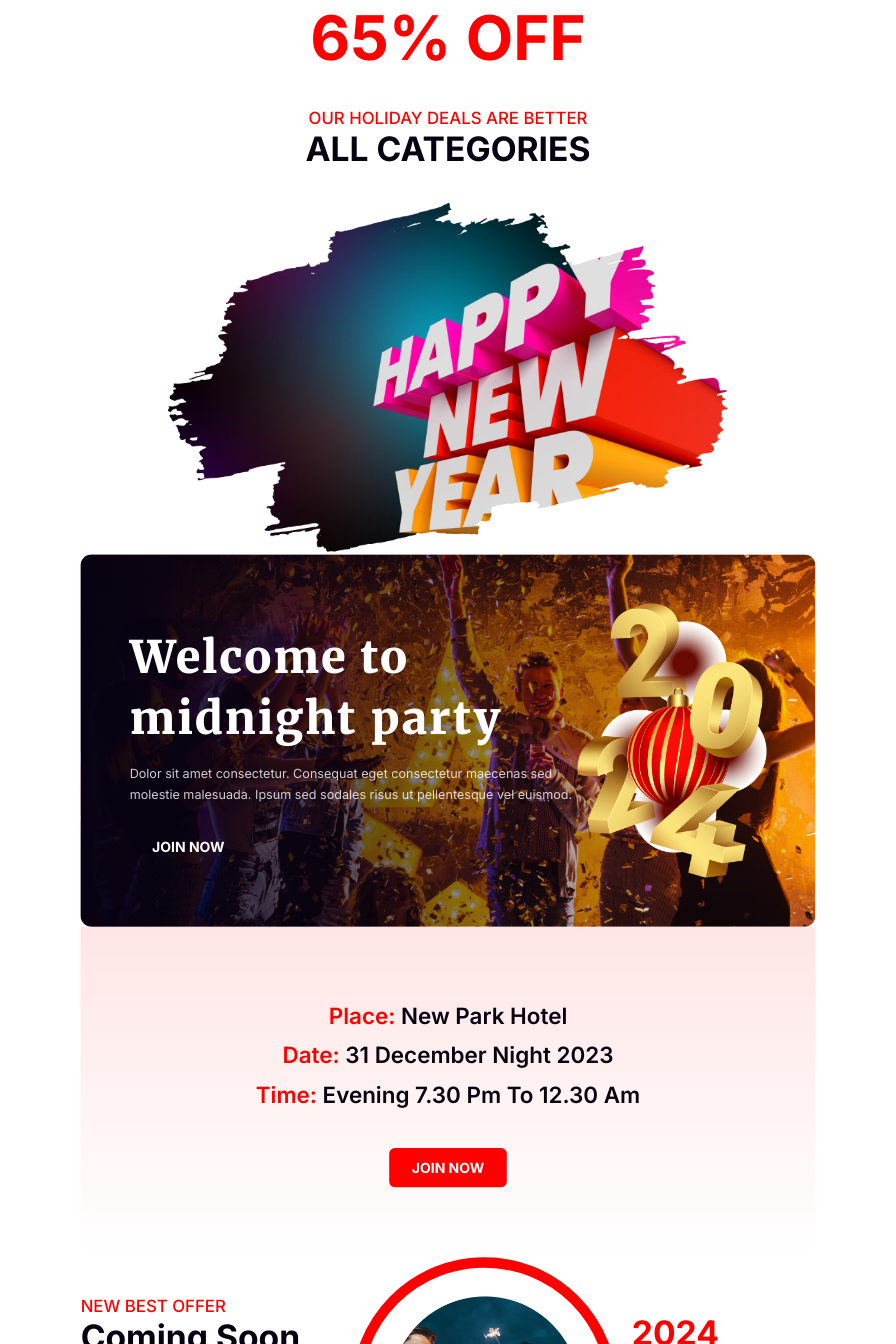
Repository: ShouravAhammed/simple-responsive-new-year
Page: index.html
These files come from the project's save history. The page is drawn as it stood at one moment and after the next save; the edit follows.
The browser window is 1280 px wide. The pictures show the part of the page from y = 0 to 1920 px (the page is 5257 px tall before and 835 px after), at 70% of full size.

Above is the page before, as saved 2024-01-11 15:10:17.

After the next save:
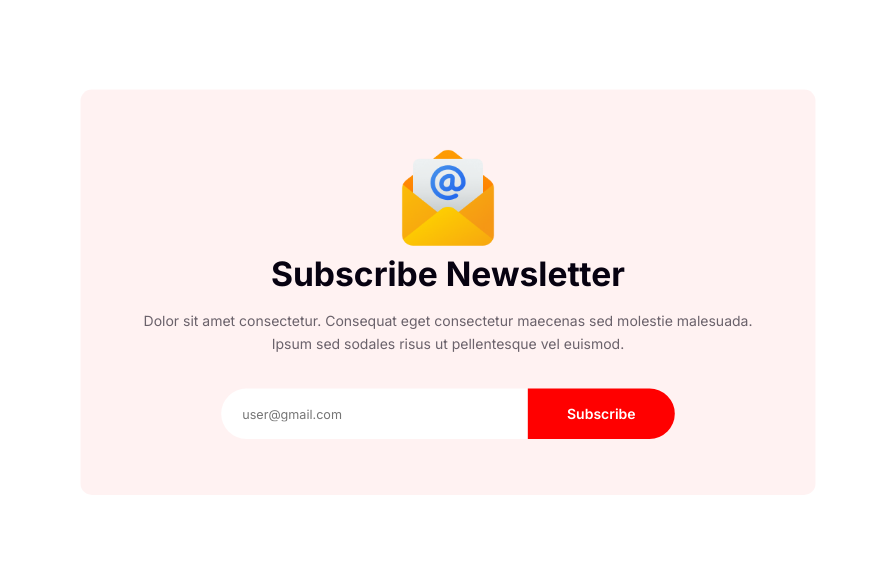
Saved 2 min 41 s later.
--- a/index.html
+++ b/index.html
@@ -28,7 +28,7 @@
     <!-- main part -->
     <main>
         <!-- categories section part  -->
-            <section id="categories hide">
+            <section id="categories " class="hide">
                 <div class="container">
                     <div class="categories-container">
                         <h2 class="categories-discount">65% OFF</h2>
@@ -42,7 +42,7 @@
             </section>
 
             <!-- party-banner section part -->
-            <section id="party-banner hide">
+            <section id="party-banner" class="hide">
                 <div class="container">
                     <div class="party-container">
                         <div class="party-content">
@@ -55,7 +55,7 @@
                 </div>
             </section>
             <!-- Announce section part -->
-            <section id="announce hide">
+            <section id="announce" class="hide">
                 <div class="container">
                     <div class="announce-content">
                         <h4 class="announce-title"><span class="title-color">Place:</span> New Park Hotel</h4>
@@ -66,7 +66,7 @@
                 </div>
             </section>
             <!-- best offer section part -->
-            <section id="best-offer hide">
+            <section id="best-offer" class="hide">
                 <div class="container">
                     <div class="best-offer-container">
                         <div class="best-offer-content">
@@ -88,7 +88,7 @@
                 </div>
             </section>
             <!-- holiday section part  -->
-            <section id="holiday hide">
+            <section id="holiday" class="hide">
                 <div class="container">
                     <div class="holiday-container">
                         <div class="holiday-content">
@@ -114,7 +114,7 @@
             </section>
             <!-- Portfolio section part -->
 
-            <section id="portfolio hide">
+            <section id="portfolio" class="hide">
                 <div class="container">
                     <div class="portfolio-container">
                         <div class="portfolio-box">
@@ -154,8 +154,8 @@
             </section>
     </main>
     <!--  footer part -->
-    <footer>
-        <section id="footer hide">
+    <footer class="hide">
+        <section id="footer">
             <div class="container">
                 <div class="footer-describe-part line-color">
                     <div class="footer-address">
